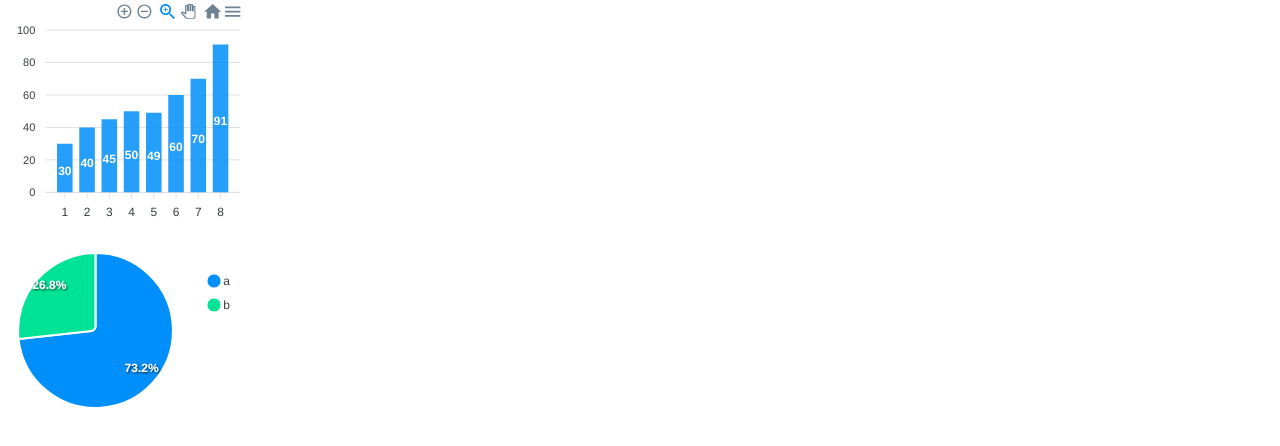
Repository: cheik253/21036
Page: /
An editor plug-in stored every save of this project. The page is shown before and after the next save, followed by the edit.
The browser window is 1280 px wide. The pictures show the whole page.
The project was rebuilt for these pictures with package versions that can differ from the ones it lists, and the page was loaded fresh each time.

Above is the page before, as saved 2024-02-20 17:11:36.

### src/App.js
import React from 'react';
import ReactApexChart from 'react-apexcharts';
import './App.css'
const App = () => {
  return (
    <div className="App">
      <div className="chart-container">

<MyChartComponent />
<PieChartComponent />
      </div>
    </div>
  );
};

const MyChartComponent = () => {
  const options = {
    series: [
      {
        data: [30, 40, 45, 50, 49, 60, 70, 91],
      },
    ],
  };

  return (
    <ReactApexChart
      options={options}
      series={options.series}
      type="bar"
      height={230}
      width={250}
    />
  );
};

const PieChartComponent = () => {
  const l1 = [334, 122];
  const l2 = ['a', 'b'];

  const options = {
    labels: l2,
    series: l1,
  };

  return (
    <ReactApexChart
      options={options}
      series={options.series}
      type="pie"
      height={230}
      width={250}
    />
  );
};

export default App;

Loaded but not shown: public/index.html (common file); src/index.js (common file); src/index.css (common file); src/reportWebVitals.js (common file); src/App.css (common file)

After the next save:
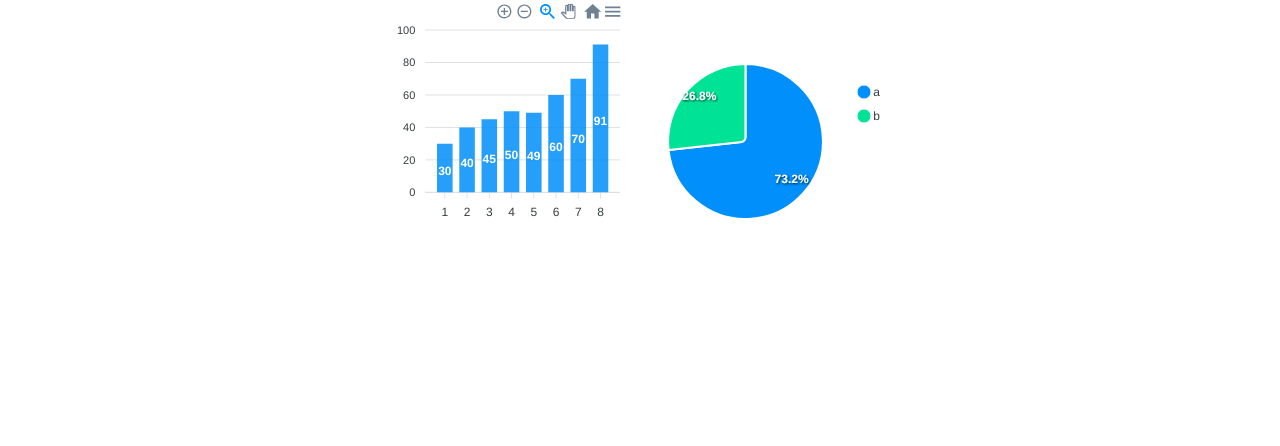
Saved 6 min 39 s later.
--- a/src/App.js
+++ b/src/App.js
@@ -1,13 +1,17 @@
 import React from 'react';
 import ReactApexChart from 'react-apexcharts';
-import './App.css'
+import './App.css';
+
 const App = () => {
   return (
     <div className="App">
       <div className="chart-container">
-
-<MyChartComponent />
-<PieChartComponent />
+        <div style={{ display: 'inline-block' }}>
+          <MyChartComponent />
+        </div>
+        <div style={{ display: 'inline-block', marginLeft: '20px' }}>
+          <PieChartComponent />
+        </div>
       </div>
     </div>
   );
